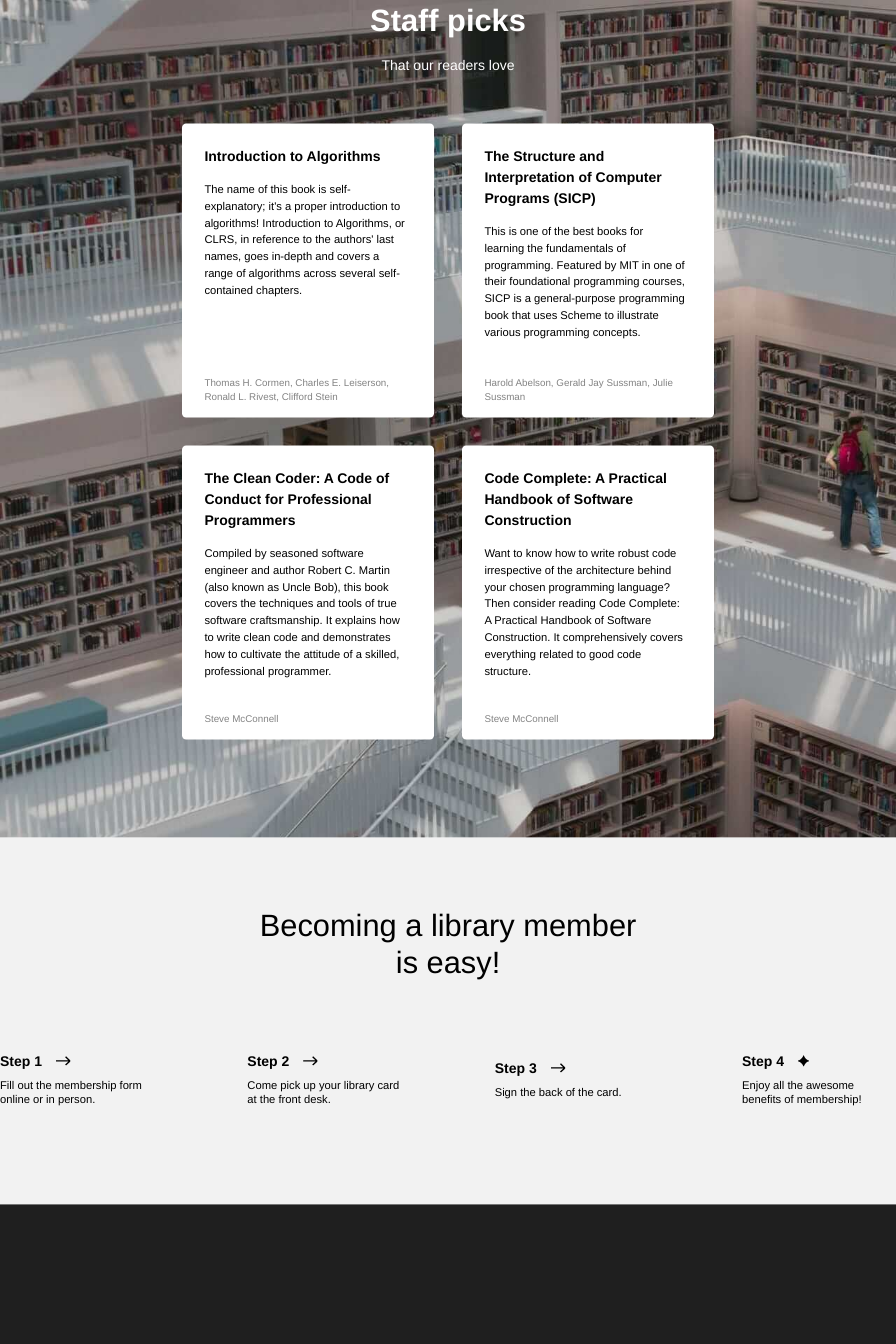
Repository: MWilliams-26/se_project_library
Page: index.html
An editor plug-in stored every save of this project. The page is shown before and after the next save, followed by the edit.
The browser window is 1280 px wide. The pictures show the part of the page from y = 1642 to 3562 px (the page is 3562 px tall), at 70% of full size.

Above is the page before, as saved 2023-04-03 12:33:41.

### index.html
<!DOCTYPE html>
<html lang="en">
  <head>
    <meta charset="UTF-8" />
    <meta name="viewport" content="width=device-width, initial-scale=1.0" />
    <title>Practicum Library</title>
    <link rel="shortcut icon" href="favicon.ico" />
    <link rel="stylesheet" href="./styles/normalize.css" />
    <link rel="stylesheet" href="./styles/style.css" />
  </head>

  <body>
    <!-- Wrap the entire page content in a new div with the page class. Remember to add the closing tag -->
    <div class="page">
      <header class="header">
        <nav class="nav">
          <img
            src="./images/logo.png"
            alt="Practicum Library Logo"
            class="logo"
          />
          <!-- Putting navigation links in a list is supposed to be the best practice of writing the semantic code since it allows screen readers to pause between each link instead of reading all the links as a sentence. -->
          <ul class="nav__links">
            <li>
              <a class="nav__link">Staff picks</a>
            </li>
            <li>
              <a class="nav__link">Events</a>
            </li>
            <li>
              <a class="nav__link">Become a member</a>
            </li>
            <li>
              <a class="nav__link">About</a>
            </li>
            <li>
              <a class="nav__link">Contacts</a>
            </li>
          </ul>
        </nav>
        <h1 class="header__title">Welcome to the Practicum Library</h1>
        <p class="header__description">
          We're pleased to open our library doors to everyone! Come and expand
          your development knowledge, or just use this lovely spot to work or
          study. This is a cool place for cool students!
        </p>
        <!-- ----------------------------------------------------------------- -->
        <!--               Don't uncomment until project stage 2               -->
        <!-- ----------------------------------------------------------------- -->
        <img
          src="./images/inside_the_library.png"
          alt="Illustration 'Inside the library'"
          class="header__image"
        />
        <div class="header__footer">
          <a class="header__link">About the library &darr;</a>
          <p class="header__address">
            200 Success Avenue, The Town of Practicum
          </p>
        </div>
      </header>

      <main class="content">
        <section class="events">
          <div class="events__content">
            <h2 class="events__heading">Upcoming events:</h2>
            <h3 class="events__title">
              In honor of Joan Feynman: Women in astrophysics
            </h3>
            <div class="event-info events__info-section">
              <div class="event-info__item">
                <div
                  class="event-info__icon event-info__icon_type_calendar"
                ></div>
                <p class="event-info__text">Mon, January 12</p>
              </div>
              <div class="event-info__item">
                <div class="event-info__icon event-info__icon_type_pin"></div>
                <p class="event-info__text">
                  Practicum Library Conference Hall & Online
                </p>
              </div>
            </div>
            <p class="events__description">
              At this event, which celebrates the library's namesake, our guest
              lecturer will take us on a journey exploring some of the most
              prominent female researchers in the world of space science. It's
              easy to buy into the misconception that this field was mostly
              dominated by men, but our lecture aims to change that notion and
              prove that this hasn't been the case since at least the 18th
              century.
            </p>
            <a href="#" class="events__more">More events &rarr;</a>
          </div>
          <div class="events__cover">
            <img
              class="events__image"
              src="images/cafe.png"
              alt="events image"
            />
            <div class="person person_name_feynman">
              <p class="person__caption">Joann Feynman</p>
              <img
                class="person__image person__image_size_l"
                src="images/person_feynman.png"
                alt="Joann Feyman"
              />
            </div>
            <div class="person person_name_burbidge">
              <p class="person__caption">Margaret Burbidge</p>
              <img
                class="person__image person__image_size_m"
                src="images/person_burbidge.png"
                alt="Margaret Burbidge"
              />
            </div>
            <div class="person person_name_cannon">
              <img
                class="person__image person__image_size_m"
                src="images/person_cannon.png"
                alt="Annie Jump Cannon"
              />
              <p class="person__caption">Annie Jump Cannon</p>
            </div>
            <div class="person person_name_burbidge">
              <p class="person__caption">Margaret Burbidge</p>
              <img
                class="person__image person__image_size_m"
                src="images/person_burbidge.png"
                alt="Margaret Burbidge"
              />
            </div>
            <div class="person person_name_mitchell">
              <img
                class="person__image person__image_size_s"
                src="images/person_mitchell.png"
                alt="Maria Mitchell"
              />
              <p class="person__caption">Maria Mitchell</p>
            </div>
            <div class="person person_name_tarter">
              <p class="person__caption">Jill Tarter</p>
              <img
                class="person__image person__image_size_m"
                src="images/person_tarter.png"
                alt="Jill Tarter"
              />
            </div>
          </div>
        </section>

        <section class="staff">
          <!-- --------------------------------------------------------------- -->
          <!--        Don't uncomment until the final project stage            -->
          <!-- --------------------------------------------------------------- -->
          <h2 class="staff__title">Staff picks</h2>
          <p class="staff__subtitle">That our readers love</p>
          <ul class="staff__picks">
            <li class="card">
              <div class="card__content">
                <h3 class="card__title">Introduction to Algorithms</h3>
                <p class="card__text">
                  The name of this book is self-explanatory; it's a proper
                  introduction to algorithms! Introduction to Algorithms, or
                  CLRS, in reference to the authors' last names, goes in-depth
                  and covers a range of algorithms across several self-contained
                  chapters.
                </p>
                <p class="card__footer">
                  Thomas H. Cormen, Charles E. Leiserson, Ronald L. Rivest,
                  Clifford Stein
                </p>
              </div>
            </li>

            <li class="card">
              <div class="card__content">
                <h3 class="card__title">
                  The Structure and Interpretation of Computer Programs (SICP)
                </h3>
                <p class="card__text">
                  This is one of the best books for learning the fundamentals of
                  programming. Featured by MIT in one of their foundational
                  programming courses, SICP is a general-purpose programming
                  book that uses Scheme to illustrate various programming
                  concepts.
                </p>
                <p class="card__footer">
                  Harold Abelson, Gerald Jay Sussman, Julie Sussman
                </p>
              </div>
            </li>

            <li class="card">
              <div class="card__content">
                <h3 class="card__title">
                  The Clean Coder: A Code of Conduct for Professional
                  Programmers
                </h3>
                <p class="card__text">
                  Compiled by seasoned software engineer and author Robert C.
                  Martin (also known as Uncle Bob), this book covers the
                  techniques and tools of true software craftsmanship. It
                  explains how to write clean code and demonstrates how to
                  cultivate the attitude of a skilled, professional programmer.
                </p>
                <p class="card__footer">Steve McConnell</p>
              </div>
            </li>

            <li class="card">
              <div class="card__content">
                <h3 class="card__title">
                  Code Complete: A Practical Handbook of Software Construction
                </h3>
                <p class="card__text">
                  Want to know how to write robust code irrespective of the
                  architecture behind your chosen programming language? Then
                  consider reading Code Complete: A Practical Handbook of
                  Software Construction. It comprehensively covers everything
                  related to good code structure.
                </p>
                <p class="card__footer">Steve McConnell</p>
              </div>
            </li>
          </ul>
        </section>

        <section class="membership">
          <!-- --------------------------------------------------------------- -->
          <!--         Don't uncomment until the final project stage           -->
          <!-- --------------------------------------------------------------- -->
          <h2 class="membership__title">Becoming a library member is easy!</h2>
          <ul class="membership__steps">
            <li class="step">
              <h3 class="step__title">
                Step 1
                <img
                  src="./images/icon_step_forward.svg"
                  alt="icon forward"
                  class="step__icon"
                />
              </h3>
              <p class="step__description">
                Fill out the membership form online or in person.
              </p>
            </li>
            <li class="step">
              <h3 class="step__title">
                Step 2
                <img
                  src="./images/icon_step_forward.svg"
                  alt="icon forward"
                  class="step__icon"
                />
              </h3>
              <p class="step__description">
                Come pick up your library card at the front desk.
              </p>
            </li>
            <li class="step">
              <h3 class="step__title">
                Step 3
                <img
                  src="./images/icon_step_forward.svg"
                  alt="icon forward"
                  class="step__icon"
                />
              </h3>
              <p class="step__description">Sign the back of the card.</p>
            </li>
            <li class="step">
              <h3 class="step__title">
                Step 4
                <img
                  src="./images/icon_step_finish.svg"
                  alt="icon finish"
                  class="step__icon"
                />
              </h3>
              <p class="step__description">
                Enjoy all the awesome benefits of membership!
              </p>
            </li>
          </ul>
        </section>

        <section class="about">
          <!-- --------------------------------------------------------------- -->
          <!--          Don't uncomment until the final project stage          -->
          <!-- --------------------------------------------------------------- -->
          <!--<h2 class="about__title">About the library</h2>
        <div class="about__content">
          <p class="about__paragraph">
            Libraries are essential establishments in practically every city,
            and Practicum's library is no exception. It first opened its doors
            way back in 2018, right as our humble town began bidding welcome to
            its very first citizens!
          </p>
          <p class="about__paragraph">
            Since its initial opening, the library has seen nearly 342 visitors
            each month. That's almost 50% of our population! So far, most
            citizens have enjoyed reading books and making use of our ample
            online resources.
          </p>
          <p class="about__paragraph">
            The library gets its name from Joan Feynman, an American
            astrophysicist and the first woman to be elected as an officer of
            the American Geophysical Union.
          </p>
        </div>
        <div class="about__circle"></div> -->
        </section>
      </main>
      <footer class="footer">
        <!-- ----------------------------------------------------------------- -->
        <!--          Don't uncomment until the final project stage            -->
        <!-- ----------------------------------------------------------------- -->
      </footer>
    </div>
  </body>
</html>

### styles/style.css
.page {
  /* Add page class properties here */
  min-width: 1100px;
  max-width: 1600px;
  margin: 0 auto;
  font-family: Helvetica Neue, Arial, sans-serif;
  font-size: 16px;
  line-height: 20px;
}

.header {
  height: 100vh;
  min-height: 720px;
  max-height: 800px;
  padding: 30px 80px 0;
  position: relative;
  box-sizing: border-box;
}

.nav {
  /* Add flex properties here */
  display: flex;
  justify-content: space-between;
  align-items: stretch;
  flex-flow: row wrap;
  margin-top: 8px;
}

.logo {
  width: 196px;
  height: 60px;
}

.nav__links {
  /* Reset default list styles here */
  margin: 0 0 0;
  display: flex;
  column-gap: 20px;
  list-style: none;
}

.nav__link {
  color: #000000;
  text-decoration: none;
  font-weight: bold;
}

.header__title {
  font-size: 66px;
  line-height: 76px;
  font-weight: 500;
  max-width: 544px;
  margin-top: 150px;
  margin-bottom: 32px;
}

.header__description {
  font-size: 20px;
  line-height: 30px;
  max-width: 532px;
}

.header__image {
  position: absolute;
  max-width: 636px;
  top: 135px;
  right: 20px;
  z-index: 1;
}

.header__footer {
  position: absolute;
  left: 0;
  bottom: 40px;
  width: 100%;
  display: flex;
  align-items: center;
  padding: 40px 80px 0;
  justify-content: space-between;
  box-sizing: border-box;
}

.header__link {
  color: #2f80ed;
  text-decoration: none;
}

.header__address {
  margin: 0;
  color: #838383;
}

.events {
  padding: 100px 0 120px 80px;
  display: flex;
  align-items: start;
  justify-content: space-between;
  box-sizing: border-box;
  background-color: #f2f2f2;
}
.events__content {
  flex-basis: 580px;
}

.events__heading {
  font-size: 20px;
  font-weight: 500;
  line-height: 30px;
  margin: 0;
}

.events__title {
  font-size: 44px;
  font-weight: 500;
  line-height: 52px;
  margin: 32px 0 0;
}

.events__info-section {
  margin-top: 32px;
}

.event-info__item {
  display: flex;
  align-items: center;
  margin-bottom: 4px;
  font-weight: 500;
}

.event-info__icon {
  background-repeat: no-repeat;
  background-position: center;
  margin-right: 12px;
  width: 24px;
  height: 24px;
}

.event-info__icon_type_calendar {
  background-image: url(../images/icon_calendar.svg);
}

.event-info__icon_type_pin {
  background-image: url(../images/icon_pin.svg);
}

.event-info__text {
  font-size: 20px;
  font-weight: 500;
  line-height: 30px;
  margin: 0;
}

.events__description {
  margin: 40px 0 60px;
}

.events__more {
  color: #2f80ed;
  text-decoration: none;
}

.events__cover {
  flex-grow: 1;
  flex-shrink: 0;
  flex-basis: 780px;
  max-width: 780px;
  position: relative;
}

.events__image {
  max-width: 100%;
}

.person {
  position: absolute;
  display: flex;
  align-items: center;
  flex-direction: column;
  gap: 10px;
}

.person_name_feynman {
  position: absolute;
  top: -30px;
  left: 319px;
}

.person_name_burbidge {
  top: 96px;
  right: 125px;
}

.person_name_cannon {
  bottom: 18px;
  right: 216px;
}

.person_name_mitchell {
  bottom: 82px;
  left: 142px;
}

.person_name_tarter {
  top: 79px;
  left: 159px;
}

.person__image {
  max-width: 100%;
}

.person__image_size_l {
  width: 140px;
}

.person__image_size_m {
  width: 100px;
}

.person__image_size_s {
  width: 80px;
}

.person__caption {
  text-align: center;
  font-size: 14px;
  margin: 0;
}
.staff {
  padding: 100px 0 140px;
  background-image: url(../images/staff_picks_background.jpg);
}

.staff__title {
  text-align: center;
  font-size: 44px;
  line-height: 52px;
  margin: 0 0 24px;
  color: #ffffff;
}

.staff__subtitle {
  text-align: center;
  font-size: 20px;
  line-height: 30px;
  font-weight: 400;
  margin: 0;
  color: #ffffff;
}

.staff__picks {
  max-width: 760px;
  margin: auto;
  margin-top: 68px;
  display: flex;
  flex-wrap: wrap;
  justify-content: center;
  gap: 40px;
  list-style-type: none;
  padding: 0;
}

/* Add the CSS rule for your new class here. Make sure to place it before .card: parents should precede their children */

.card {
  background-color: #fff;
  border-radius: 6px;
  padding: 32px 40px 20px 32px;
  box-sizing: border-box;
  width: 360px;
  height: 420px;
}

.card__content {
  width: 100%;
  height: 100%;
  display: flex;
  flex-direction: column;
}

.card__title {
  font-size: 20px;
  line-height: 30px;
  font-weight: 700;
  margin: 0;
}

.card__text {
  margin: 20px 0 0;
  font-size: 16px;
  line-height: 24px;
}

.card__footer {
  margin: 0;
  font-size: 14px;
  line-height: 20px;
  color: #838383;
  margin-top: auto;
}

.membership {
  padding: 100px 0 140px;
  background-color: #f2f2f2;
}

.membership__title {
  max-width: 574px;
  margin: 0 auto;
  text-align: center;
  font-size: 44px;
  font-weight: 500;
  line-height: 52px;
}

.membership__steps {
  list-style-type: none;
  padding: 0;
  margin: 100px 0 0;
  display: flex;
  justify-content: space-between;
  /* Add styles */
}

.step {
  width: 220px;
  gap: 40px;
  align-content: center;

  /* Add styles */
}

.step__title {
  margin: 0;
  font-size: 20px;
  line-height: 30px;
  font-weight: 700;
  display: flex;
  align-items: center;
}

.step__icon {
  margin-left: 20px;
}

.step__description {
  margin: 10px 0 0;
}

.about {
  padding: 100px 80px;
  background-color: #1f1f1f;
  color: #fff;
  overflow: hidden;
  position: relative;
  box-sizing: border-box;
}

.about__title {
  margin: 0;
  font-size: 20px;
  line-height: 30px;
  font-weight: 500;
  z-index: 1;
}

.about__content {
  font-size: 20px;
  line-height: 30px;
  font-weight: 400;
  max-width: 660px;
}

.about__paragraph {
  margin: 0 0 32px;
}

.about__circle {
  background-color: #2f80ed;
  width: 495px;
  height: 495px;
  border-radius: 50%;
}

.footer {
  box-sizing: border-box;
}

.footer__columns {
}

.footer__column_content_hours {
}

.footer__column_content_social {
}

.footer__logo {
}

.footer__list {
  /* The code below removes the default browser styles for lists */
  list-style-type: none;
  padding: 0;
  margin: 0;
}

.footer__list-item {
}

.footer__column-heading {
}

.footer__column-link {
  color: white;
  font-size: 16px;
  line-height: 20px;
  text-decoration: none;
}

.footer__social-icon {
}

.footer__copyright {
}

Loaded but not shown: styles/normalize.css (library)

After the next save:
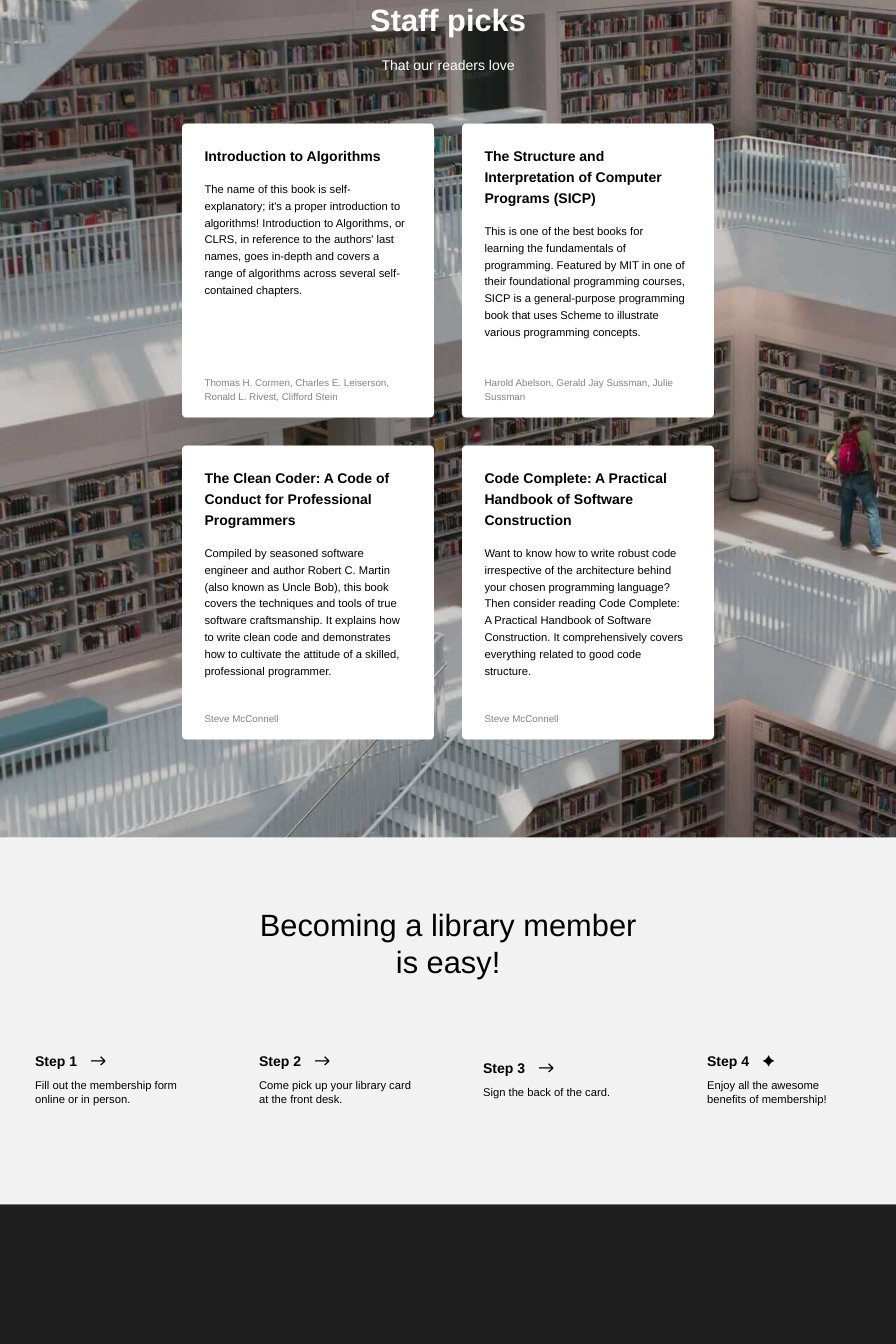
Saved 38 s later.
--- a/styles/style.css
+++ b/styles/style.css
@@ -319,13 +319,14 @@
   margin: 100px 0 0;
   display: flex;
   justify-content: space-between;
+  align-content: center;
   /* Add styles */
 }
 
 .step {
   width: 220px;
   gap: 40px;
-  align-content: center;
+  margin: auto;
 
   /* Add styles */
 }
